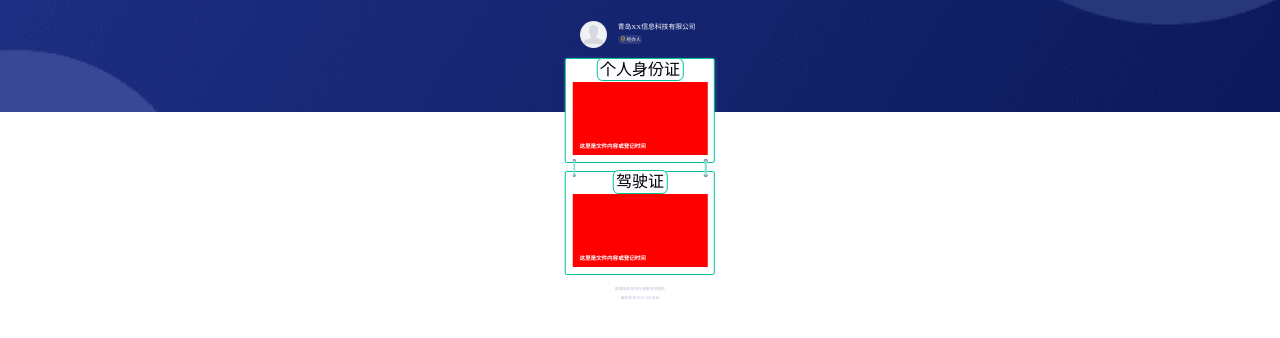
Repository: zlpstart/qingdao-new
Page: /License
These files come from the project's save history. The page is drawn as it stood at one moment and after a run of saves; the edit follows.
The browser window is 1280 px wide. The pictures show the whole page.
The page's requests for data from a server got no answer. Some web fonts or font styles are not loaded; a fallback is used. The project was rebuilt for these pictures with package versions that can differ from the ones it lists, and the page was loaded fresh each time. No one was signed in, and anything a server would have sent is missing. Also part of the build but not shown: src/components/MySpace.vue, src/components/Home.vue, src/components/Enterprise.vue, src/components/Opinion.vue, src/components/Opinion2.vue, src/components/Record.vue, src/components/Car.vue, src/components/House.vue and 5 more.

Above is the page before, as saved 2019-08-27 10:57:33.

### public/index.html
<!DOCTYPE html>
<html lang="en">
  <head>
    <meta charset="utf-8">
    <meta http-equiv="X-UA-Compatible" content="IE=edge">
    <meta name="viewport" content="width=device-width,initial-scale=1.0">
    <link rel="icon" href="<%= BASE_URL %>favicon.ico">
    <title></title>
  </head>
  <body>
    <noscript>
      <strong>We're sorry but zlp doesn't work properly without JavaScript enabled. Please enable it to continue.</strong>
    </noscript>
    <div id="app"></div>
    <!-- built files will be auto injected -->
  </body>
</html>

### src/main.js
import Vue from 'vue'
import './plugins/axios'
import App from './App.vue'
import 'lib-flexible'
import router from './router'
import axios from 'axios'


//vuex
import vuex from 'vuex'
Vue.use(vuex)



import 'babel-polyfill'
import Es6Promise from 'es6-promise'
import store from './store'
require('es6-promise').polyfill()
Es6Promise.polyfill()

Vue.config.productionTip = false
Vue.prototype.$ajax = axios


// import VueWechatTitle from 'vue-wechat-title'
// Vue.use(VueWechatTitle)


// 根据路由设置标题
router.beforeEach((to, from, next) => {
  /*路由发生改变修改页面的title */
  if(to.meta.title) {
    document.title = to.meta.title
  }
  next();
})


new Vue({
  router,
  store,
  render: h => h(App)
}).$mount('#app')

### src/App.vue
<template>
  <div id="app">
    <router-view></router-view>
  </div>
</template>

<script>
export default {
  data(){
    return {

    }
  },
}
</script>


<style>
* {
  padding: 0;
  margin:0;
}
  @font-face {
    font-family:'avenir';
    src:url('./assets/NotoSansHans-Medium.otf')
  }
  h1,h2,h3,h4,h5,h6,span,b,i,li,p {
    font-family: avenir
  }
</style>

### src/router.js
import Vue from 'vue'
import Router from 'vue-router'
import MySpace from './components/MySpace'
import Home from './components/Home'
import Enterprise from './components/Enterprise'
import Opinion from './components/Opinion'
import Opinion2 from './components/Opinion2'
import Record from './components/Record'
import Car from './components/Car'
import House from './components/House'
import License from './components/License'
import License2 from './components/License2'
import Footprint from './components/Footprint'
import Record2 from './components/Record2'
import Footprint2 from './components/Footprint2'
import NotFound from './components/NotFound'


Vue.use(Router)

export default new Router({
  mode: 'history',
  routes: [
    {
      path: '/',
      name: 'MySpace',
      component:MySpace,
      meta:{title:'青岛政务通'}
    },
    {
      path: '/Home',
      name: 'Home',
      component:Home,
      meta:{title:'导航栏'}
    },
    {
      path: '/Opinion',
      name: 'Opinion',
      component:Opinion,
      meta:{title:'意见反馈'}
    },
    {
      path: '/Enterprise',
      name: 'Enterprise',
      component:Enterprise,
      meta:{title:'企业空间'}
    },
    {
      path: '/Opinion2',
      name: 'Opinion2',
      component:Opinion2,
      meta:{title:'企业意见反馈'}
    },
    {
      path: '/Record',
      name: 'Record',
      component:Record,
      meta:{title:'我的档案'}
    },
    {
      path: '/Car',
      name: 'Car',
      component:Car,
      meta:{title:'车辆登记信息'}
    },
    {
      path: '/House',
      name: 'House',
      component:House,
      meta:{title:'房屋登记信息'}
    },
    {
      path: '/License',
      name: 'License',
      component:License,
      meta:{title:'我的证照'}
    },
    {
      path: '/Footprint',
      name: 'Footprint',
      component:Footprint,
      meta:{title:'我的足迹'}
    },
    {
      path: '/Record2',
      name: 'Record2',
      component:Record2,
      meta:{title:'企业档案'}
    },
    {
      path: '/Footprint2',
      name: 'Footprint2',
      component:Footprint2,
      meta:{title:'企业足迹'}
    },
    {
      path: '/License2',
      name: 'License2',
      component:License2,
      meta:{title:'企业证照'}
    },
    { /* 404必须是最后一个路由 */
      name: '404',
      path: '*',
      meta: {
          title: '找不到页面'
      },
      component: NotFound
  }
  ]
})

### src/store/index.js
import Vue from 'vue'
import Vuex from 'vuex'
import user from './modules/user'

Vue.use(Vuex)

export default new Vuex.Store({
    modules:{
        user
    }
})

### src/components/License.vue
<template>
    <div>
        <div class="License" v-if="!show">
            <TopBar></TopBar>
            <div class="header">
                <div class="header_wrap">
                    <div class="header_left">
                        <img :src="allUser.imgAddr">
                    </div>
                    <div class="header_right">
                        <div class="header_right_p">
                            <p>{{allUser.realName}}</p>
                        </div>
                        <div class="header_right_span">
                            <span>
                                <img src="../assets/认证.png" alt="">
                                认证用户
                            </span>
                            <span>
                                <img src="../assets/实名.png" alt="">
                                已实名
                            </span>
                        </div>
                    </div>
                </div>
            </div>
            <div class="content_box">
                <div class="content_minbox">
                    <div class="title">
                        <span>个人身份证</span>
                    </div>
                    <div class="content_img">
                        <img src="../assets/身份证.png" alt="">
                        <div class="content_text">
                            <p>这里是文件内容或登记时间</p>
                        </div>
                    </div>
                </div>
                <div class="content_minbox">
                    <div class="xian">
                        <div class="xian_left">
                            <img src="../assets/连接.png" alt="">
                        </div>
                        <div class="xian_right">
                            <img src="../assets/连接.png" alt="">
                        </div>
                    </div>
                    <div class="title">
                        <span>驾驶证</span>
                    </div>
                    <div class="content_img">
                        <img src="../assets/驾驶证.png" alt="">
                        <div class="content_text">
                            <p>这里是文件内容或登记时间</p>
                        </div>
                    </div>
                </div>
                <div class="bottom">
                    <span></span>
                    <p>数据由青岛市行政审批局提供</p>
                    <span></span>
                    <p>服务热线 0531-8619444</p>
                </div>
            </div>
        </div>

        <div class="License2" v-if="show">
            <TopBar></TopBar>
            <div class="header">
                <div class="header_wrap">
                    <div class="header_left">
                        <img src="../assets/timg.jpg" alt="">
                    </div>
                    <div class="header_right">
                        <div class="header_right_p">
                            <p>青岛XX信息科技有限公司</p>
                        </div>
                        <div class="header_right_span">
                            <span>
                                <img src="../assets/认证.png" alt="">
                                经办人
                            </span>
                        </div>
                    </div>
                </div>
            </div>
            <div class="content_box">
                <div class="content_minbox">
                    <div class="title">
                        <span>个人身份证</span>
                    </div>
                    <div class="content_img">
                        <p>这里是文件内容或登记时间</p>
                    </div>
                </div>
                <div class="content_minbox">
                    <div class="xian">
                        <div class="xian_left">
                            <img src="../assets/连接.png" alt="">
                        </div>
                        <div class="xian_right">
                            <img src="../assets/连接.png" alt="">
                        </div>
                    </div>
                    <div class="title">
                        <span>驾驶证</span>
                    </div>
                    <div class="content_img">
                        <p>这里是文件内容或登记时间</p>
                    </div>
                </div>
                <div class="bottom">
                    <span></span>
                    <p>数据由青岛市行政审批局提供</p>
                    <span></span>
                    <p>服务热线 0531-8619444</p>
                </div>
            </div>
        </div>
    </div>

</template>

<script>
import TopBar from './TopBar'
import {mapGetters,mapActions} from 'vuex'

export default {
    name:"License",
    data(){
        return {

        }
    },
    components:{
        TopBar
    },
    methods:{
        to(){
            this.$router.go(0)
        },
        ...mapActions(["getUsers"]),
    },
    created(){
        this.getUsers()
    },
    computed:{
        ...mapGetters(["allUser","show"]),
    },
}
</script>

<style scoped>
* {
    padding: 0;
    margin: 0;
}
ul {
    list-style: none;
}
a {
    text-decoration: none;
}
body {
    background: #F7FAFF;
}
.content_box {
    position: absolute;
    left: 50%;
    transform: translate(-50%);
    top: 3.6267rem;
}
.logo {
    width: 100%;
    height: 0.3733rem;
    position: absolute;
    top: 1.0133rem;
}
.logo_left p {
    float: left;
}
.logo_left p:nth-child(1){
    margin-left: 0.3867rem;
}
.logo_left p:nth-child(2){
    margin-left: 0.32rem;
}
.logo_left img {
    width: 0.4rem;
    height: 0.4rem;
}
.logo a {
    color: white;
}
.logo_title {
    width: 4.6333rem;
    margin: 0 auto;
    text-align: center;
}
.logo_title p {
    font-size:0.4rem;
    font-weight:500;
    color:rgba(255,255,255,1);
}
.header {
    width: 100%;
    height: 1.7067rem;
    position: absolute;
    top: 1.32rem;
}
.header_wrap {
    width: 7.48rem;
    margin: 0 auto;
    padding: 0 0.72rem;
}
.header_left {
    width:1.7067rem;
    height:1.7067rem;
    float: left;
    border-radius: 1.7067rem;
    overflow: hidden;
}
.header_left img {
    width:1.7067rem;
    height:1.7067rem;
    background: url("../assets/timg.jpg")no-repeat center center;
    background-size: 100%;
    overflow: hidden;
}
.header_right {
    width: 2.9rem;
    height:1.3333rem;
    float: left;
    margin-left: 0.64rem;
}
.header_right_p p {
    font-size:0.4267rem;
    font-weight:500;
    color:rgba(255,255,255,1);
}
.header_right_span img {
    width: 0.2933rem;
    height: 0.3333rem;
    margin-left: 0.0933rem;
}
.header_right_span {
    width: 5.2667rem;
    margin-top: 0.2267rem;
    height: 0.5867rem;
}
.header_right_span span {
    padding: 0.0933rem 0.0933rem 0.0933rem 0.0933rem;
    border-radius:0.32rem;
    background:rgba(255,255,255,0.1);
    float: left;
    margin-left: 0.32rem;
    font-size:0.2933rem;
    font-weight:500;
    color:rgba(255,255,255,1);
}
.header_right_span span:nth-child(1){
    margin-left: 0;
}
.content_minbox {
    width:9.28rem;
    height:6.4267rem;
    background:rgba(255,255,255,1);
    box-shadow:0.0533rem 0.0533rem 0.2667rem 0rem rgba(173,206,255,0.2);
    border-radius:0.1333rem;
    border:0.0133rem solid rgba(0,194,150,1);
    margin: 0 auto;
    text-align: center;
    position: relative;
}
.content_text {
    width:8.4267rem;
    height:1.7333rem;
    background:linear-gradient(180deg,rgba(0,0,0,0) 0%,rgba(0,0,0,0.68) 100%);
    border-radius:0rem 0rem 0.1333rem 0.1333rem;
    z-index: 1;
    position: absolute;
    line-height: 1.7333rem;
    text-align: left;
    bottom: 0;
}
.content_text p {
    font-size:0.3467rem;
    font-family:PingFangSC-Semibold;
    font-weight:600;
    color:rgba(255,255,255,1);
    margin-left: 0.4267rem;
}
.title {
    width: 100%;
    height: 1.4267rem;
    line-height: 1.4267rem;
}
.title span {
    position: 0.0933rem;
    background:rgba(250,252,255,1);
    border-radius:0.36rem;
    border:0.0267rem solid rgba(0,194,150,1);
    padding: 0.1533rem;
}
.content_img {
    width:8.4267rem;
    height:4.56rem;
    margin: 0 auto;
    position: relative;
}
.content_img img {
    width: 100%;
    height: 100%;
}
.content_img p {
    font-size:0.3467rem;
    font-weight:600;
    color:rgba(255,255,255,1);
}
.content_minbox:nth-child(2){
    margin-top: 0.48rem;
}
.xian {
    width: 100%;
    height: 1.12rem;
    position: absolute;
    top: -0.8rem;
}
.xian img {
    width: 100%;
    height: 100%;
}
.xian_left {
    width: 0.24rem;
    height: 1.12rem;
    float: left;
    margin-left: 0.4133rem;
}
.xian_right {
    width: 0.24rem;
    height: 1.12rem;
    float: right;
    margin-right: 0.4133rem;
}
  .bottom {
    width: 100%;
    height: 1.3333rem;
    margin-top: 0.6267rem;
    line-height: 0.5667rem;
    text-align: center;
}
.bottom p {
    font-size:0.24rem;
    font-weight:400;
    color:#BABFD4;
}


* {
    padding: 0;
    margin: 0;
}
ul {
    list-style: none;
}
a {
    text-decoration: none;
}
body {
    background: #F7FAFF;
}
.content_box {
    position: absolute;
    left: 50%;
    transform: translate(-50%);
    top: 3.6267rem;
}
.logo {
    width: 100%;
    height: 0.3733rem;
    position: absolute;
    top: 1.0133rem;
}
.logo_left p {
    float: left;
}
.logo_left p:nth-child(1){
    margin-left: 0.3867rem;
}
.logo_left p:nth-child(2){
    margin-left: 0.32rem;
}
.logo_left img {
    width: 0.4rem;
    height: 0.4rem;
}
.logo a {
    color: white;
}
.logo_title {
    width: 4.6333rem;
    margin: 0 auto;
    text-align: center;
}
.logo_title p {
    font-size:0.4rem;
    font-weight:500;
    color:rgba(255,255,255,1);
}
.header {
    width: 100%;
    height: 1.7067rem;
    position: absolute;
    top: 1.32rem;
}
.header_wrap {
    width: 7.48rem;
    margin: 0 auto;
    padding: 0 0.72rem;
}
.header_left {
    width:1.7067rem;
    height:1.7067rem;
    float: left;
    border-radius: 1.7067rem;
    overflow: hidden;
}
.header_left img {
    width:1.7067rem;
    height:1.7067rem;
    background: red;
}
.header_right_span img {
    width: 0.2933rem;
    height: 0.3333rem;
    margin-left: 0.0933rem;
}
.header_right {
    width: 2.9rem;
    height:1.3333rem;
    float: left;
    margin-left: 0.64rem;
}
.header_right_p {
    width: 5.7333rem;
}
.header_right_p p {
    font-size:0.4267rem;
    font-weight:500;
    color:rgba(255,255,255,1);
}
.header_right_span {
    width: 5.2667rem;
    margin-top: 0.2267rem;
    height: 0.5867rem;
}
.header_right_span span {
    padding: 0.0933rem 0.0933rem 0.0933rem 0.0933rem;
    border-radius:0.32rem;
    background:rgba(255,255,255,0.1);
    float: left;
    margin-left: 0.32rem;
    font-size:0.2933rem;
    font-weight:500;
    color:rgba(255,255,255,1);
}
.header_right_span span:nth-child(1){
    margin-left: 0;
}
.content_minbox {
    width:9.28rem;
    height:6.4267rem;
    background:rgba(255,255,255,1);
    box-shadow:0.0533rem 0.0533rem 0.2667rem 0rem rgba(173,206,255,0.2);
    border-radius:0.1333rem;
    border:0.0133rem solid rgba(0,194,150,1);
    margin: 0 auto;
    text-align: center;
    position: relative;
}
.title {
    width: 100%;
    height: 1.4267rem;
    line-height: 1.4267rem;
}
.title span {
    position: 0.0933rem;
    background:rgba(250,252,255,1);
    border-radius:0.36rem;
    border:0.0267rem solid rgba(0,194,150,1);
    padding: 0.1533rem;
}
.content_img {
    width:8.4267rem;
    height:4.56rem;
    margin: 0 auto;
    background: red;
    position: relative;
}
.content_img img {
    width: 100%;
    height: 100%;
}
.content_img p {
    font-size:0.3467rem;
    font-weight:600;
    color:rgba(255,255,255,1);
    position: absolute;
    top: 3.7467rem;
    left: 0.4267rem;
}
.content_minbox:nth-child(2){
    margin-top: 0.48rem;
}
.xian {
    width: 100%;
    height: 1.12rem;
    position: absolute;
    top: -0.8rem;
}
.xian img {
    width: 100%;
    height: 100%;
}
.xian_left {
    width: 0.24rem;
    height: 1.12rem;
    float: left;
    margin-left: 0.4133rem;
}
.xian_right {
    width: 0.24rem;
    height: 1.12rem;
    float: right;
    margin-right: 0.4133rem;
}
  .bottom {
    width: 100%;
    height: 1.3333rem;
    margin-top: 0.6267rem;
    line-height: 0.5667rem;
    text-align: center;
}
.bottom p {
    font-size:0.24rem;
    font-weight:400;
    color:#BABFD4;
}
</style>

### src/store/modules/user.js
import axios from 'axios'

const state ={
    user:[],
    code:"",
    boy:require("../../assets/boy.png"),
    gril:require("../../assets/gril.png"),
    corporation:require("../../assets/corporation.png"),
    show:true
}

const getters = {
    allUser: state => state.user,
    userImg: state => state.img,
    boy: state => state.boy,
    gril: state => state.gril,
    show:state => state.show
}

const mutations = {
    // 更改user信息方法
    setUsers:(state,users) => (state.user = users),
    //获取用户code
    getCode:(state) => {
        let URL = window.location.href  // 获取到当前url
        var b = ""      //准备获取code
        if(URL.indexOf("=")>-1){ //判断url里最后一个=的位置 是否大于0
            b = URL.substring(URL.indexOf("=")+1,URL.length-16)  // 如果大于0 则截取URL的=后字符串
            window.localStorage.setItem("code",b)   //将URL的code 存入localStorage
        }
        state.code = window.localStorage.getItem("code")      //获取到localStorage 里的的code 并存入code变量
    },
}

const actions = {
     async getUsers({commit,state}){
        await commit("getCode")
        axios.get("http://120.55.60.206:18082/api/getUserInfo?code="+state.code) //请求接口
        .then(res => {
            console.log("成功请求",res)
            res.data.category = 0
            if(res.data.category == 13){
                state.show = true
                console.log(state.show)
                window.open("/")
                axios.get("http://120.55.60.206:18082/api/getNormalUserDetailInfo?code="+state.code)
                .then(i => {
                    console.log(i.data)
                    if(i.data.imgAddr == ""){       //判断用户是否上传头像
                        if(i.data.gender == 0){     //判断用户是否是男人
                            i.data.imgAddr = state.boy    //把接口数据的空值 改成本地男生图片路径
                            console.log(i.data.imgAddr)
                        }else{                      //判断用户是否是女人
                            i.data.imgAddr = state.gril   //把接口数据的空值 改成本地女生图片路径
                            console.log(i.data.imgAddr)
                        }
                    }
                    commit("setUsers",i.data)
                })
                .catch(j => console.log(j))
            }else {
                state.show = false
                console.log(state.show)
                window.open("/Enterprise")
                axios.get("http://120.55.60.206:18082/api/getNormalUserDetailInfo?code="+state.code)
                .then(a => {
                    console.log(a.data)
                    if(a.data.imgAddr == ""){
                        a.data.imgAddr = state.corporation
                    }
                    commit("setUsers",a.data)
                })
                .catch(b => console.log(b))
            }
            commit("setUsers",res.data)
        })
    }
}

export default {
    state,
    getters,
    mutations,
    actions
}

### src/components/TopBar.vue
<template>
    <div class="TopBar">

    </div>
</template>

<script>
export default {
    name:"TopBar",
    data(){
        return {

        }
    },
    methods:{

    },
}
</script>

<style scoped>
* {
    padding: 0;
    margin: 0;
}
ul {
    list-style: none;
}
a {
    text-decoration: none;
}
body {
    background: #F7FAFF;
}
.TopBar {
    width: 100%;
    height: 7.0267rem;
    background: url("../assets/topbackground.png")no-repeat center center;
    background-size:100%;
}

</style>

Loaded but not shown: src/plugins/axios.js (common file)

After the next 3 saves:
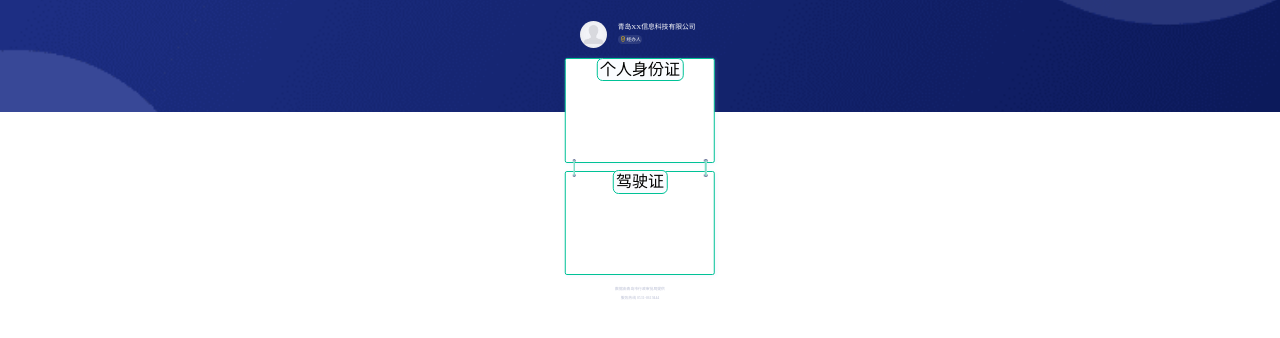
The 3 saves are shown as one change because they came seconds apart.
The last was saved 3 min 8 s later.
--- a/src/components/License.vue
+++ b/src/components/License.vue
@@ -494,7 +494,7 @@ body {
     width:8.4267rem;
     height:4.56rem;
     margin: 0 auto;
-    background: red;
+    background: url("");
     position: relative;
 }
 .content_img img {
